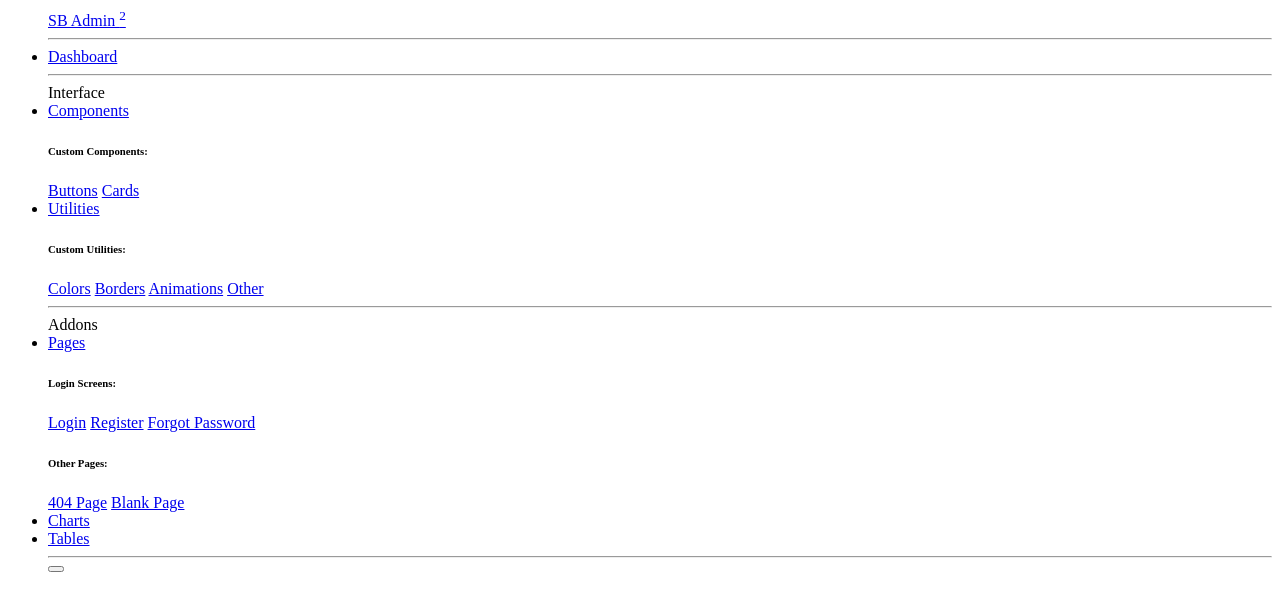
Repository: aache/alhayat
Page: http://localhost/admin/sidebar.php
These files come from the project's save history. The page is drawn as it stood at one moment and after the next save; the edit follows.
The browser window is 1280 px wide. The pictures show the whole page.
The page is run by PHP 8.4 with error messages shown; the project is at /var/www/html/.

Above is the page before, as saved 2019-04-13 00:30:04.

After the next save:
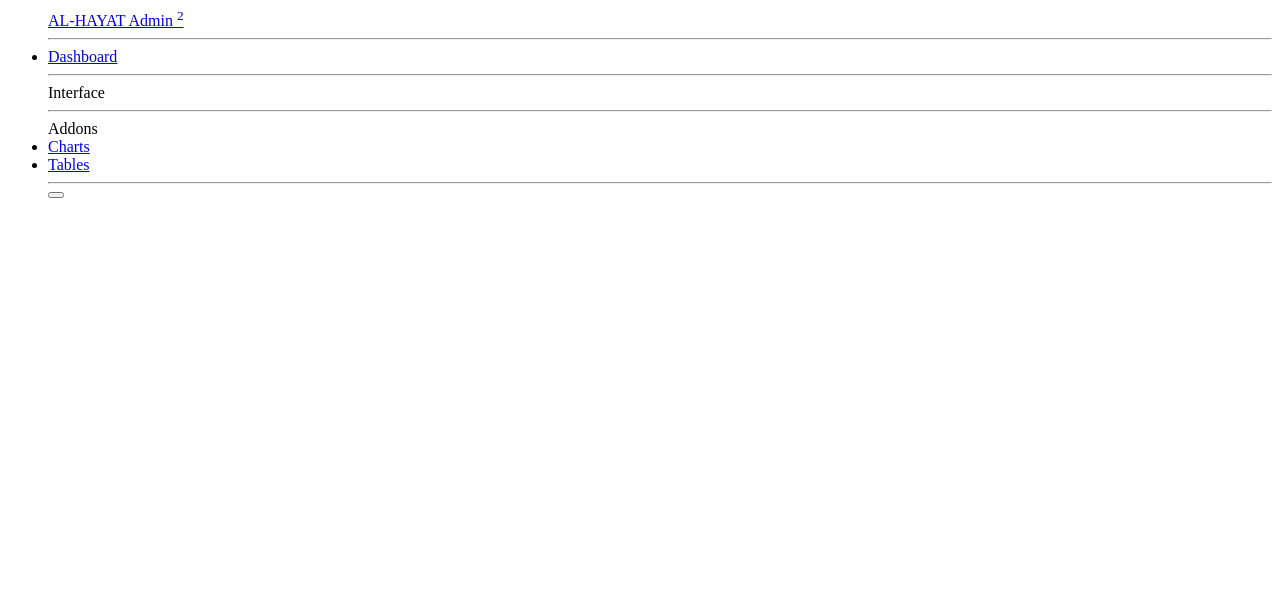
Saved 10 h 7 min later.
--- a/admin/sidebar.php
+++ b/admin/sidebar.php
@@ -5,7 +5,7 @@
   <div class="sidebar-brand-icon rotate-n-15">
     <i class="fas fa-laugh-wink"></i>
   </div>
-  <div class="sidebar-brand-text mx-3">SB Admin <sup>2</sup></div>
+  <div class="sidebar-brand-text mx-3">AL-HAYAT Admin <sup>2</sup></div>
 </a>
 
 <!-- Divider -->
@@ -26,37 +26,6 @@
   Interface
 </div>
 
-<!-- Nav Item - Pages Collapse Menu -->
-<li class="nav-item">
-  <a class="nav-link collapsed" href="#" data-toggle="collapse" data-target="#collapseTwo" aria-expanded="true" aria-controls="collapseTwo">
-    <i class="fas fa-fw fa-cog"></i>
-    <span>Components</span>
-  </a>
-  <div id="collapseTwo" class="collapse" aria-labelledby="headingTwo" data-parent="#accordionSidebar">
-    <div class="bg-white py-2 collapse-inner rounded">
-      <h6 class="collapse-header">Custom Components:</h6>
-      <a class="collapse-item" href="buttons.html">Buttons</a>
-      <a class="collapse-item" href="cards.html">Cards</a>
-    </div>
-  </div>
-</li>
-
-<!-- Nav Item - Utilities Collapse Menu -->
-<li class="nav-item">
-  <a class="nav-link collapsed" href="#" data-toggle="collapse" data-target="#collapseUtilities" aria-expanded="true" aria-controls="collapseUtilities">
-    <i class="fas fa-fw fa-wrench"></i>
-    <span>Utilities</span>
-  </a>
-  <div id="collapseUtilities" class="collapse" aria-labelledby="headingUtilities" data-parent="#accordionSidebar">
-    <div class="bg-white py-2 collapse-inner rounded">
-      <h6 class="collapse-header">Custom Utilities:</h6>
-      <a class="collapse-item" href="utilities-color.html">Colors</a>
-      <a class="collapse-item" href="utilities-border.html">Borders</a>
-      <a class="collapse-item" href="utilities-animation.html">Animations</a>
-      <a class="collapse-item" href="utilities-other.html">Other</a>
-    </div>
-  </div>
-</li>
 
 <!-- Divider -->
 <hr class="sidebar-divider">
@@ -65,26 +34,6 @@
 <div class="sidebar-heading">
   Addons
 </div>
-
-<!-- Nav Item - Pages Collapse Menu -->
-<li class="nav-item">
-  <a class="nav-link collapsed" href="#" data-toggle="collapse" data-target="#collapsePages" aria-expanded="true" aria-controls="collapsePages">
-    <i class="fas fa-fw fa-folder"></i>
-    <span>Pages</span>
-  </a>
-  <div id="collapsePages" class="collapse" aria-labelledby="headingPages" data-parent="#accordionSidebar">
-    <div class="bg-white py-2 collapse-inner rounded">
-      <h6 class="collapse-header">Login Screens:</h6>
-      <a class="collapse-item" href="login.html">Login</a>
-      <a class="collapse-item" href="register.html">Register</a>
-      <a class="collapse-item" href="forgot-password.html">Forgot Password</a>
-      <div class="collapse-divider"></div>
-      <h6 class="collapse-header">Other Pages:</h6>
-      <a class="collapse-item" href="404.html">404 Page</a>
-      <a class="collapse-item" href="blank.html">Blank Page</a>
-    </div>
-  </div>
-</li>
 
 <!-- Nav Item - Charts -->
 <li class="nav-item">
